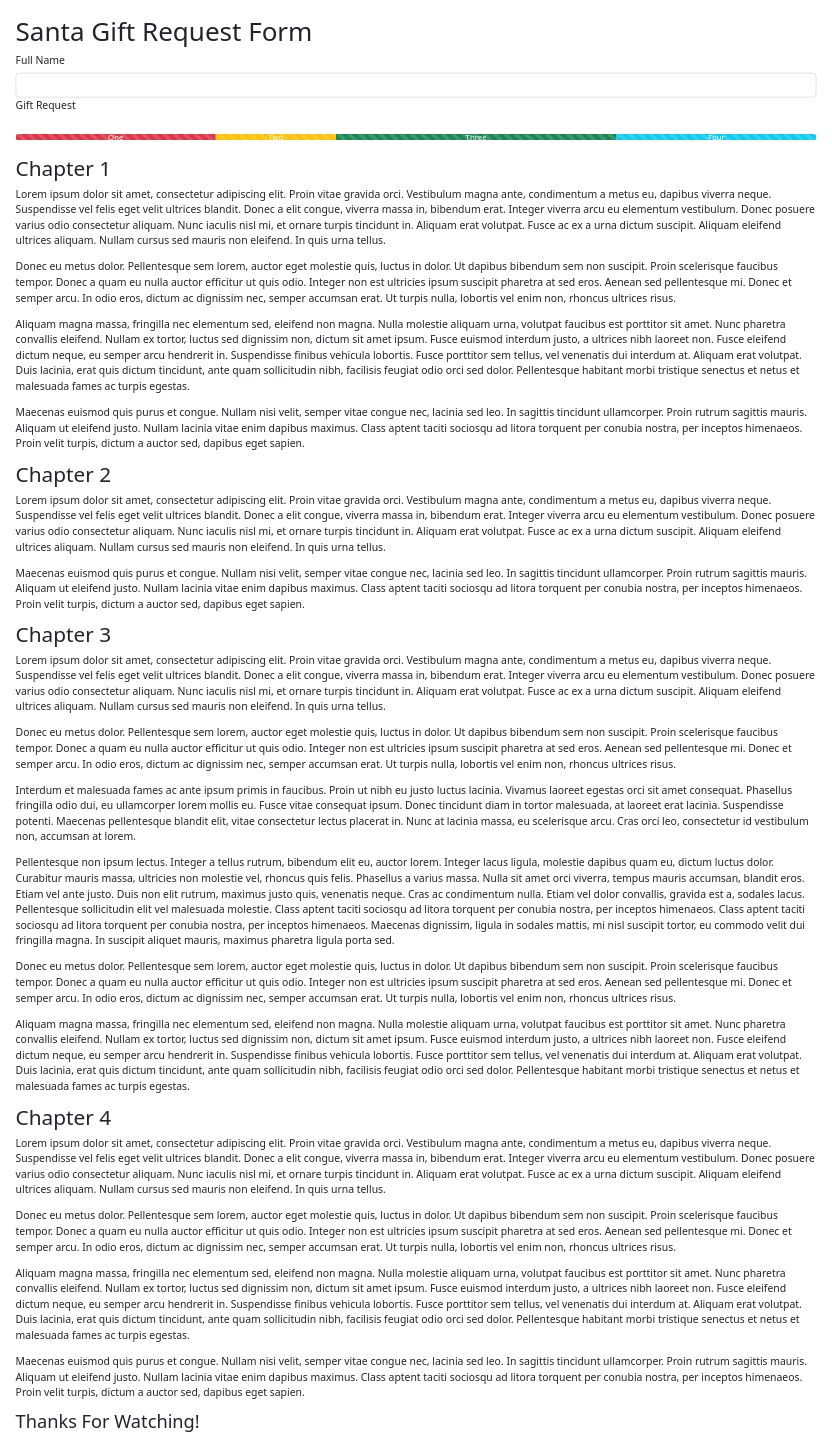
Repository: sarahlochhead/check-santas-list
Page: index.html
These files come from the project's save history. The page is drawn as it stood at one moment and after the next save; the edit follows.
The browser window is 1280 px wide. The pictures show the whole page, at 65% of full size.

Above is the page before, as saved 2022-11-25 21:29:27.

After the next save:
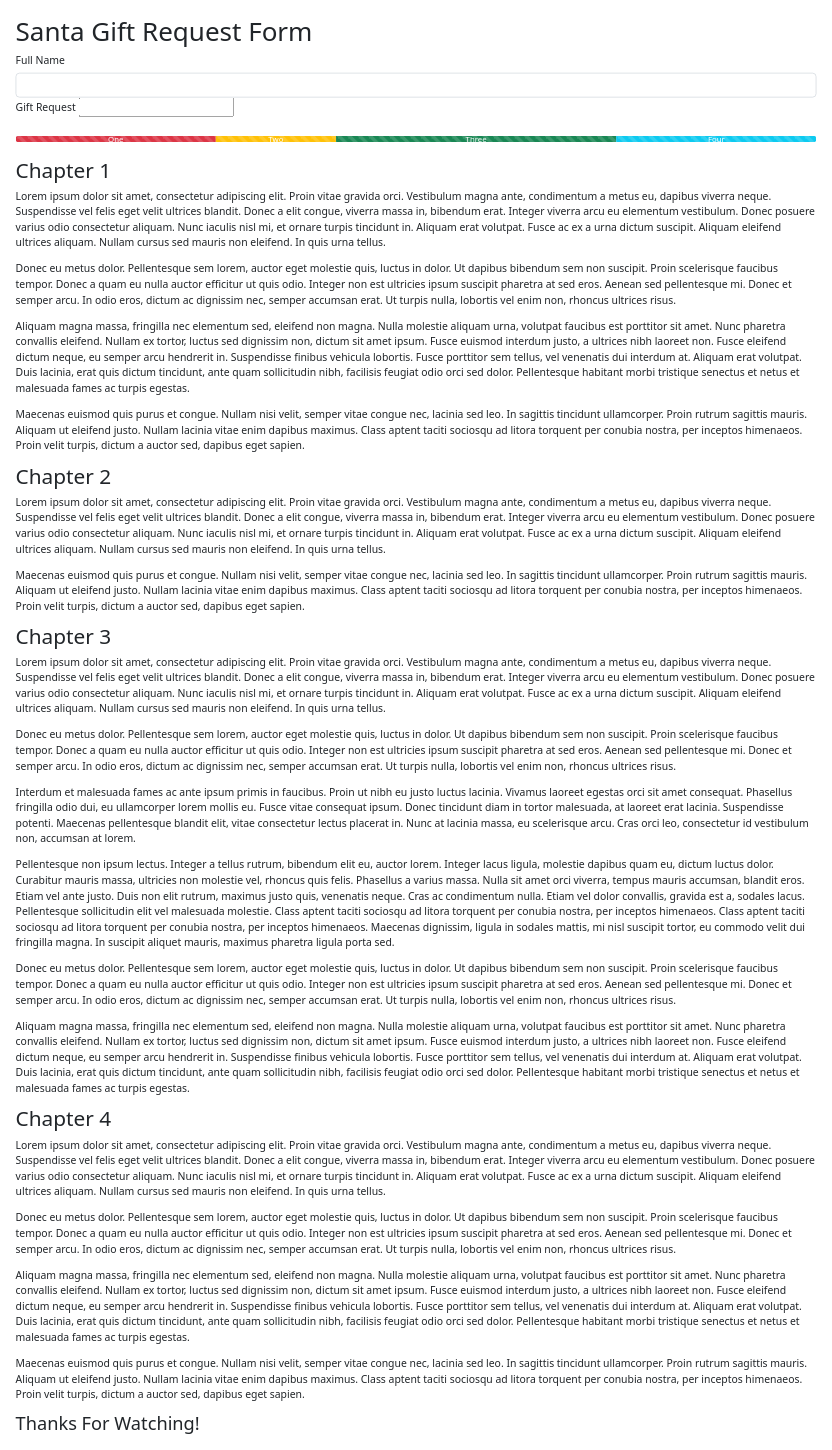
Saved 7 s later.
--- a/index.html
+++ b/index.html
@@ -18,6 +18,7 @@
             <input type="text" class="form-control" id="fullName" />
 
             <label for="giftRequest" class="form-label">Gift Request</label>
+            <input type
 
 
         </form>
